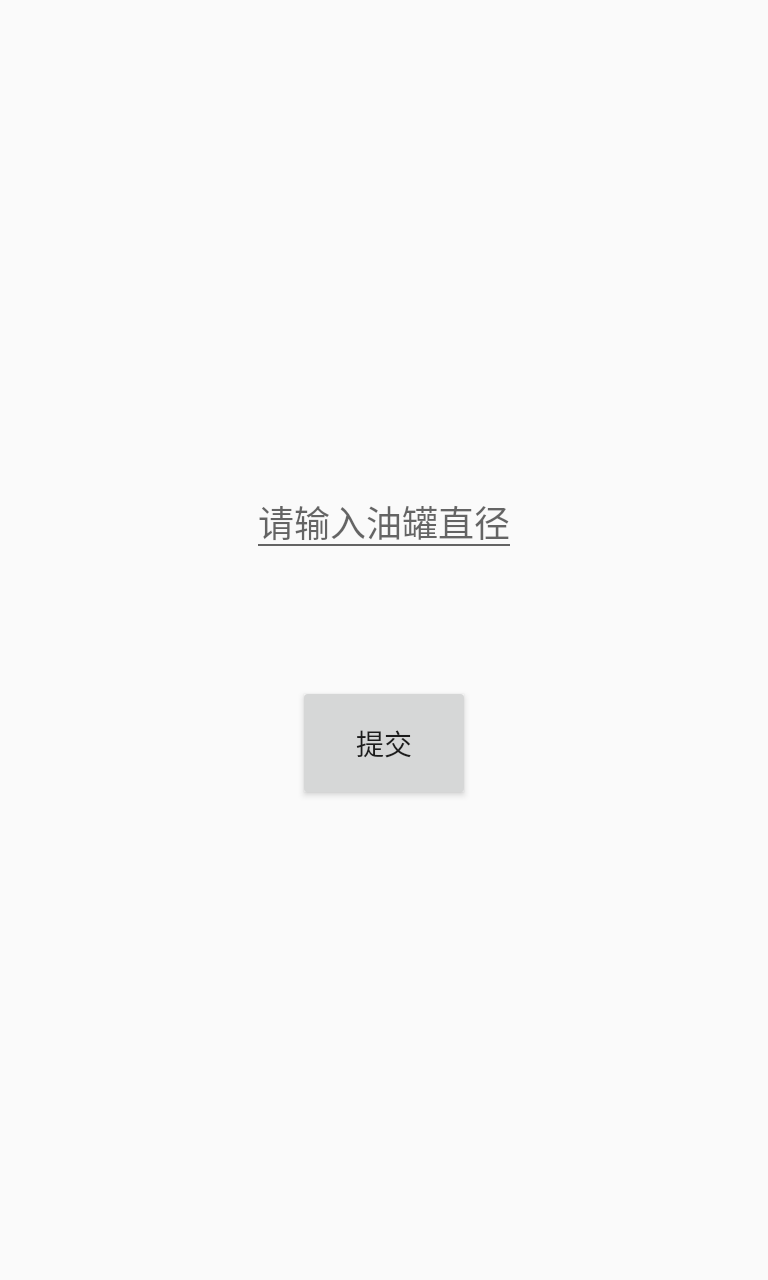
Repository: hohoTT/fireWork_handle_app
Layout: fireWork_handle_app/res/layout/olican_fire_water.xml
The author's editor kept a copy of each file at every save. The layout is drawn from the files as they stood at one save, then again after the next save.
It is drawn on a 768 x 1280 px phone screen (xhdpi) without system bars, with theme AppTheme; the app's code is not run.

Above is the layout before, as saved 2016-03-02 12:19:41.

### fireWork_handle_app/res/layout/olican_fire_water.xml
<?xml version="1.0" encoding="utf-8"?>
<LinearLayout xmlns:android="http://schemas.android.com/apk/res/android"
    android:layout_width="match_parent"
    android:layout_height="match_parent"
    android:gravity="center_vertical"
    android:orientation="vertical" >

    <EditText
        android:id="@+id/olican_diameter"
        android:layout_width="wrap_content"
        android:layout_height="wrap_content"
        android:layout_gravity="center_horizontal"
	    android:layout_margin="30dp"
        android:hint="@string/olican_diameter" />

    <RadioGroup
        android:id="@+id/olican_dtype"
        android:layout_width="wrap_content"
        android:layout_height="wrap_content">

    </RadioGroup>

    <Button
        android:id="@+id/btu_normal_fire_send"
        android:layout_width="wrap_content"
        android:layout_gravity="center"
	    android:layout_margin="30dp"
	    android:padding="20dp"
        android:layout_height="wrap_content"

        android:text="@string/btn_send" />


</LinearLayout>

### fireWork_handle_app/res/values/strings.xml
<?xml version="1.0" encoding="utf-8"?>
<resources>

    <string name="app_name">fireWork_handle_app</string>
    <string name="fire_calculate">现场计算</string>
    <string name="fire_agent">火灾剂用量计算</string>
    <string name="fire_plan">火灾预案</string>
    <string name="normal_fire">一般火灾计算</string>
    <string name="normal_fire_result">一般火灾用水量计算结果</string>
    <string name="oilcan_fire">油罐火灾情况下的计算</string>
    <string name="olican_fire_water">冷却用水量计算</string>
    <string name="olican_fire_foam">泡沫用量计算</string>


    <string name="btu_water_power">供水压力计算</string>
    <string name="btu_oilcan_fire">油罐火灾计算</string>
    <string name="fire_area">请输入过火面积</string>
    <string name="olican_diameter">请输入油罐直径</string>


    <string name="text_water">一般火灾中每秒的用水量为：</string>
    <string name="text_fire_time">10吨消防车可持续灭火的时间为：</string>


    <string name="btn_send">提交</string>

    <string name="hello_world">Hello world!</string>
    <string name="action_settings">Settings</string>





</resources>

Loaded but not shown: fireWork_handle_app/res/values/styles.xml (common file); fireWork_handle_app/res/values-v11/styles.xml (common file); fireWork_handle_app/res/values-v14/styles.xml (common file)

After the next save:
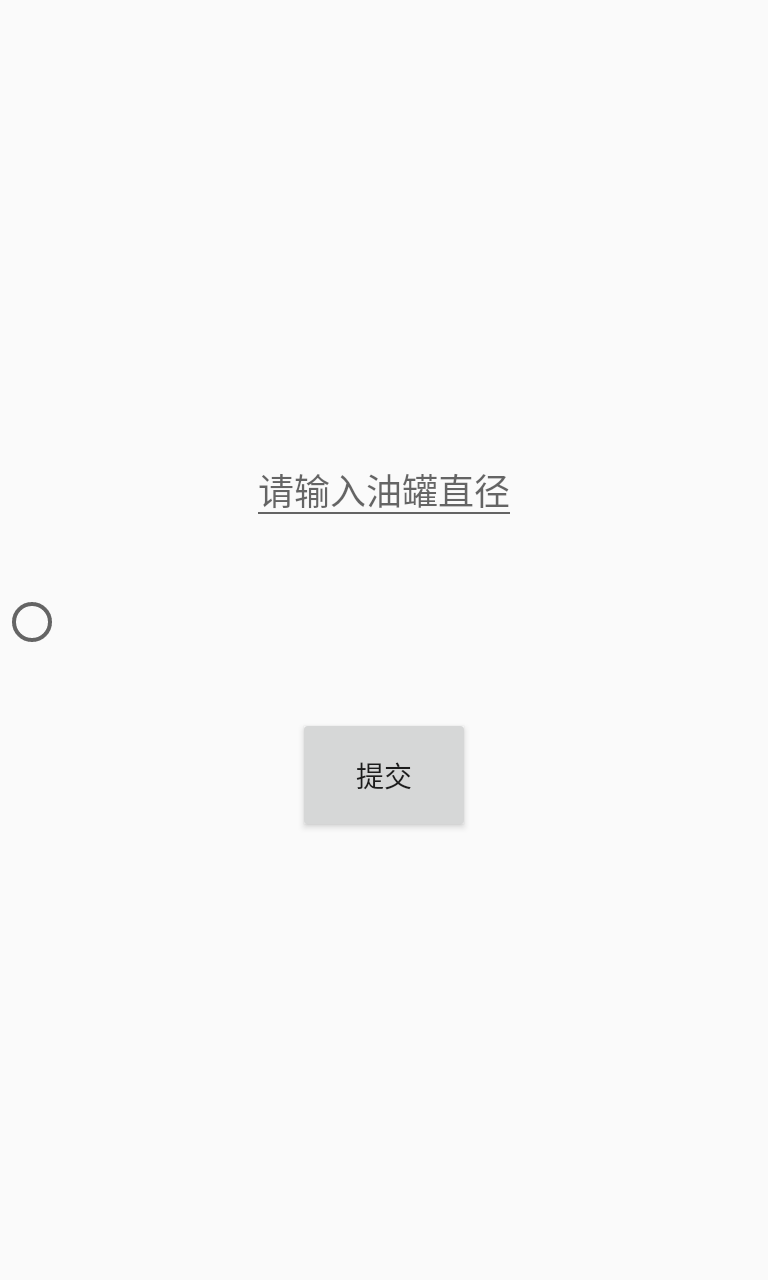
Saved 116 s later.
--- a/fireWork_handle_app/res/layout/olican_fire_water.xml
+++ b/fireWork_handle_app/res/layout/olican_fire_water.xml
@@ -18,6 +18,11 @@
         android:layout_width="wrap_content"
         android:layout_height="wrap_content">
 
+        <RadioButton
+	        android:id="@+id/olican_dtype"
+	        android:layout_width="wrap_content"
+	        android:layout_height="wrap_content" />
+
     </RadioGroup>
 
     <Button
